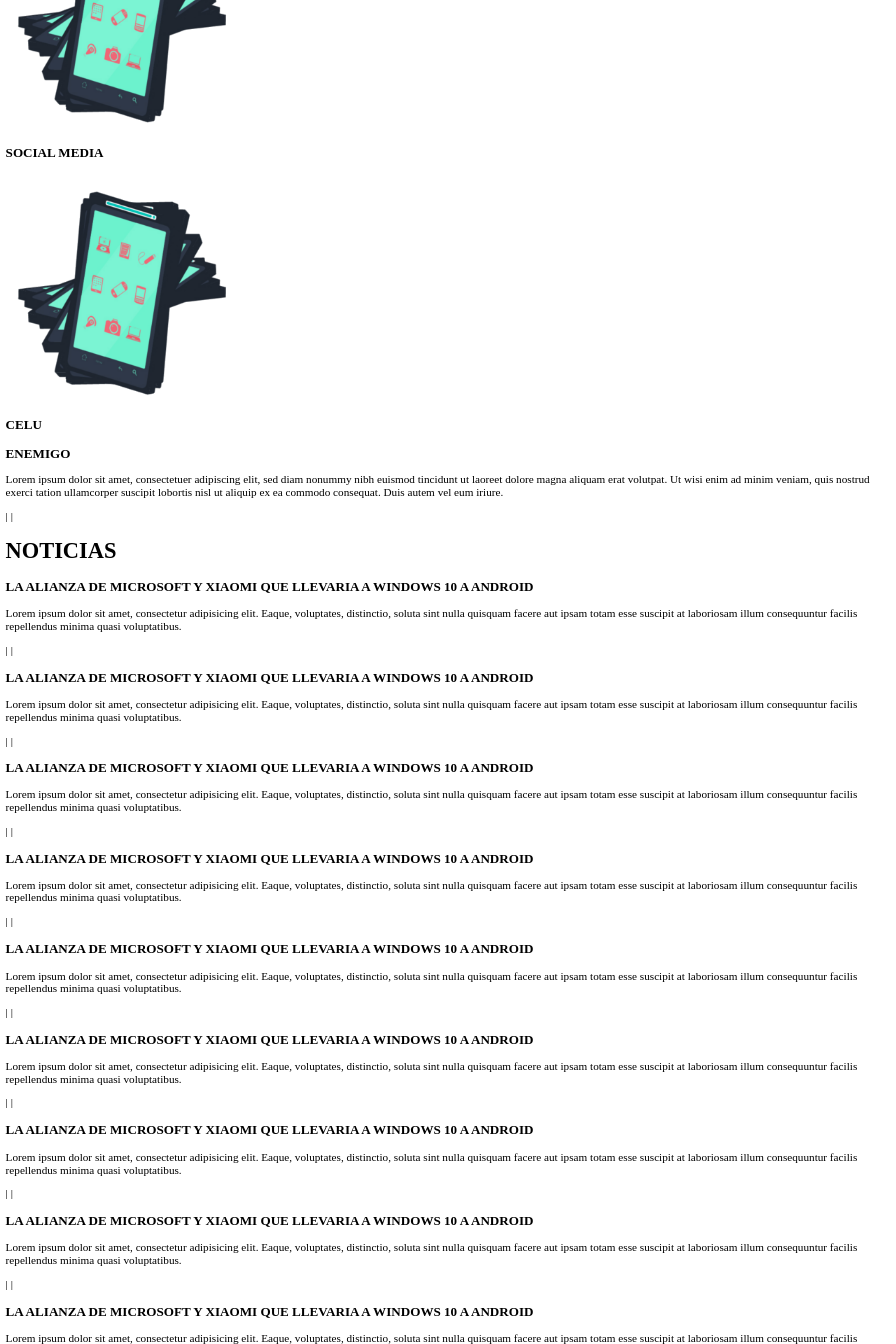
Repository: dmsanchez86/level-up
Page: wp-content/themes/zopp/library/plantillas/angular/home.html
The author's editor kept a record of every edit. The page is drawn from the files as they stood at one moment, then again after the next edit.
The browser window is 1280 px wide. The pictures show the part of the page from y = 1832 to 3752 px (the page is 3964 px tall before and 3575 px after), at 70% of full size.
A picture or video elsewhere on the page could not be fetched, so the positions and the page height are approximate.

Above is the page before.

### wp-content/themes/zopp/library/plantillas/angular/home.html
<div class="container">
    <div id="carousel-example-generic" class="carousel slide" data-ride="carousel">
        <ol class="carousel-indicators">
          <li data-target="#carousel-example-generic" data-slide-to="0" class=""></li>
          <li data-target="#carousel-example-generic" data-slide-to="1" class="active"></li>
          <li data-target="#carousel-example-generic" data-slide-to="2" class=""></li>
        </ol>
        <div class="carousel-inner">
          <div class="item">
            <img alt="First slide" src="http://zoppagency.com/wp-content/uploads/2015/03/gantter-573x430.png">
          </div>
          <div class="item active">
            <img alt="Second slide" src="http://zoppagency.com/wp-content/uploads/2015/03/gantter-573x430.png">
          </div>
          <div class="item">
            <img alt="Third slide" src="http://zoppagency.com/wp-content/uploads/2015/03/gantter-573x430.png">
          </div>
        </div>
        <a class="left carousel-control" href="#carousel-example-generic" role="button" data-slide="prev">
          <span class="glyphicon glyphicon-chevron-left"></span>
        </a>
        <a class="right carousel-control" href="#carousel-example-generic" role="button" data-slide="next">
          <span class="glyphicon glyphicon-chevron-right"></span>
        </a>
        <div class="lista">
            <div class="lista__items">
                <div class="lista__items__imagen"></div>
                <div class="lista__items__texto">
                    <h1></h1>
                    <p></p>
                    <p></p>
                    <p></p>
                </div>
            </div>
            <div class="lista__items">
                <div class="lista__items__imagen"></div>
                <div class="lista__items__texto">
                    <h1></h1>
                    <p></p>
                    <p></p>
                    <p></p>
                </div>
            </div>
            <div class="lista__items">
                <div class="lista__items__imagen"></div>
                <div class="lista__items__texto">
                    <h1></h1>
                    <p></p>
                    <p></p>
                    <p></p>
                </div>
            </div>
        </div>
        <div class="mask"></div>
  </div>
    <!--<div class="slide">My slider</div>-->
    <div class="banner">
        <img src="/wp-content/uploads/material/24horas.png"></img>
    </div>
    <div class="seccion__principal">
        <div class="seccion__principal__contenedor">
            <div class="contenedor__izquierda">
                <div class="articulo">
                    <div class="imagen">
                        <img src="/wp-content/uploads/material/ruleto.png"></img>
                    </div>
                    <div class="title">
                        <h3>TECNOLOGÍA</h3>
                    </div>
                </div>
                <div class="articulo">
                    <div class="imagen">
                        <img src="/wp-content/uploads/material/celu.png"></img>
                    </div>
                    <div class="title">
                        <h3>SOCIAL MEDIA</h3>
                    </div>
                </div>
                <div class="articulo">
                    <div class="imagen">
                        <img src="/wp-content/uploads/material/celu.png"></img>
                    </div>
                    <div class="title">
                        <h3>CELU</h3>
                    </div>
                </div>
            </div>
            <div class="contenedor__derecha">
                <div class="title">
                    <h3>ENEMIGO</h3>
                </div>
                <div class="texto">
                    <p>Lorem ipsum dolor sit amet, consectetuer adipiscing elit,
                    sed diam nonummy nibh euismod tincidunt ut laoreet dolore
                    magna aliquam erat volutpat. Ut wisi enim ad minim veniam,
                    quis nostrud exerci tation ullamcorper suscipit lobortis nisl
                    ut aliquip ex ea commodo consequat. Duis autem vel eum iriure.</p>
                </div>
                <div class="separador compartir">
                    <a href="http://facebook.com/OnlineLevelUp" class="facebook"></a> | <a href="http://twitter.com/LevelUpOnline" class="twitter"></a> | <a href="http://facebook.com/OnlineLevelUp" class="google"></a>
                </div>
            </div>
        </div>
    </div>
    <div id="content">
        <div class="contenedor">
            <div class="aside">

            </div>
            <div class="title"><h1><span>NOTICIAS</span></h1></div>
            <div class="noticias">
                <article class="articulos">
                    <section class="item">
                        <div class="imagen"></div>
                        <div class="caption blur">
                            <h3>LA ALIANZA DE MICROSOFT Y XIAOMI QUE LLEVARIA A WINDOWS 10 A ANDROID</h3>
                            <p>Lorem ipsum dolor sit amet, consectetur adipisicing elit. Eaque, voluptates, distinctio, soluta sint nulla quisquam facere aut ipsam totam esse suscipit at laboriosam illum consequuntur facilis repellendus minima quasi voluptatibus.</p>
                            <div class="separador compartir">
                                <a href="http://facebook.com/OnlineLevelUp" class="facebook"></a> | <a href="http://twitter.com/LevelUpOnline" class="twitter"></a> | <a href="http://facebook.com/OnlineLevelUp" class="google"></a>
                            </div>
                        </div>
                    </section>
                    <section class="item">
                        <div class="imagen"></div>
                        <div class="caption blur">
                            <h3>LA ALIANZA DE MICROSOFT Y XIAOMI QUE LLEVARIA A WINDOWS 10 A ANDROID</h3>
                            <p>Lorem ipsum dolor sit amet, consectetur adipisicing elit. Eaque, voluptates, distinctio, soluta sint nulla quisquam facere aut ipsam totam esse suscipit at laboriosam illum consequuntur facilis repellendus minima quasi voluptatibus.</p>
                            <div class="separador compartir">
                                <a href="http://facebook.com/OnlineLevelUp" class="facebook"></a> | <a href="http://twitter.com/LevelUpOnline" class="twitter"></a> | <a href="http://facebook.com/OnlineLevelUp" class="google"></a>
                            </div>
                        </div>
                    </section>
                    <section class="item">
                        <div class="imagen"></div>
                        <div class="caption blur">
                            <h3>LA ALIANZA DE MICROSOFT Y XIAOMI QUE LLEVARIA A WINDOWS 10 A ANDROID</h3>
                            <p>Lorem ipsum dolor sit amet, consectetur adipisicing elit. Eaque, voluptates, distinctio, soluta sint nulla quisquam facere aut ipsam totam esse suscipit at laboriosam illum consequuntur facilis repellendus minima quasi voluptatibus.</p>
                            <div class="separador compartir">
                                <a href="http://facebook.com/OnlineLevelUp" class="facebook"></a> | <a href="http://twitter.com/LevelUpOnline" class="twitter"></a> | <a href="http://facebook.com/OnlineLevelUp" class="google"></a>
                            </div>
                        </div>
                    </section>
                </article>
                <article class="articulos">
                    <section class="item">
                        <div class="imagen"></div>
                        <div class="caption blur">
                            <h3>LA ALIANZA DE MICROSOFT Y XIAOMI QUE LLEVARIA A WINDOWS 10 A ANDROID</h3>
                            <p>Lorem ipsum dolor sit amet, consectetur adipisicing elit. Eaque, voluptates, distinctio, soluta sint nulla quisquam facere aut ipsam totam esse suscipit at laboriosam illum consequuntur facilis repellendus minima quasi voluptatibus.</p>
                            <div class="separador compartir">
                                <a href="http://facebook.com/OnlineLevelUp" class="facebook"></a> | <a href="http://twitter.com/LevelUpOnline" class="twitter"></a> | <a href="http://facebook.com/OnlineLevelUp" class="google"></a>
                            </div>
                        </div>
                    </section>
                    <section class="item">
                        <div class="imagen"></div>
                        <div class="caption blur">
                            <h3>LA ALIANZA DE MICROSOFT Y XIAOMI QUE LLEVARIA A WINDOWS 10 A ANDROID</h3>
                            <p>Lorem ipsum dolor sit amet, consectetur adipisicing elit. Eaque, voluptates, distinctio, soluta sint nulla quisquam facere aut ipsam totam esse suscipit at laboriosam illum consequuntur facilis repellendus minima quasi voluptatibus.</p>
                            <div class="separador compartir">
                                <a href="http://facebook.com/OnlineLevelUp" class="facebook"></a> | <a href="http://twitter.com/LevelUpOnline" class="twitter"></a> | <a href="http://facebook.com/OnlineLevelUp" class="google"></a>
                            </div>
                        </div>
                    </section>
                    <section class="item">
                        <div class="imagen"></div>
                        <div class="caption blur">
                            <h3>LA ALIANZA DE MICROSOFT Y XIAOMI QUE LLEVARIA A WINDOWS 10 A ANDROID</h3>
                            <p>Lorem ipsum dolor sit amet, consectetur adipisicing elit. Eaque, voluptates, distinctio, soluta sint nulla quisquam facere aut ipsam totam esse suscipit at laboriosam illum consequuntur facilis repellendus minima quasi voluptatibus.</p>
                            <div class="separador compartir">
                                <a href="http://facebook.com/OnlineLevelUp" class="facebook"></a> | <a href="http://twitter.com/LevelUpOnline" class="twitter"></a> | <a href="http://facebook.com/OnlineLevelUp" class="google"></a>
                            </div>
                        </div>
                    </section>
                </article>
                <article class="articulos">
                    <section class="item">
                        <div class="imagen"></div>
                        <div class="caption blur">
                            <h3>LA ALIANZA DE MICROSOFT Y XIAOMI QUE LLEVARIA A WINDOWS 10 A ANDROID</h3>
                            <p>Lorem ipsum dolor sit amet, consectetur adipisicing elit. Eaque, voluptates, distinctio, soluta sint nulla quisquam facere aut ipsam totam esse suscipit at laboriosam illum consequuntur facilis repellendus minima quasi voluptatibus.</p>
                            <div class="separador compartir">
                                <a href="http://facebook.com/OnlineLevelUp" class="facebook"></a> | <a href="http://twitter.com/LevelUpOnline" class="twitter"></a> | <a href="http://facebook.com/OnlineLevelUp" class="google"></a>
                            </div>
                        </div>
                    </section>
                    <section class="item">
                        <div class="imagen"></div>
                        <div class="caption blur">
                            <h3>LA ALIANZA DE MICROSOFT Y XIAOMI QUE LLEVARIA A WINDOWS 10 A ANDROID</h3>
                            <p>Lorem ipsum dolor sit amet, consectetur adipisicing elit. Eaque, voluptates, distinctio, soluta sint nulla quisquam facere aut ipsam totam esse suscipit at laboriosam illum consequuntur facilis repellendus minima quasi voluptatibus.</p>
                            <div class="separador compartir">
                                <a href="http://facebook.com/OnlineLevelUp" class="facebook"></a> | <a href="http://twitter.com/LevelUpOnline" class="twitter"></a> | <a href="http://facebook.com/OnlineLevelUp" class="google"></a>
                            </div>
                        </div>
                    </section>
                    <section class="item">
                        <div class="imagen"></div>
                        <div class="caption blur">
                            <h3>LA ALIANZA DE MICROSOFT Y XIAOMI QUE LLEVARIA A WINDOWS 10 A ANDROID</h3>
                            <p>Lorem ipsum dolor sit amet, consectetur adipisicing elit. Eaque, voluptates, distinctio, soluta sint nulla quisquam facere aut ipsam totam esse suscipit at laboriosam illum consequuntur facilis repellendus minima quasi voluptatibus.</p>
                            <div class="separador compartir">
                                <a href="http://facebook.com/OnlineLevelUp" class="facebook"></a> | <a href="http://twitter.com/LevelUpOnline" class="twitter"></a> | <a href="http://facebook.com/OnlineLevelUp" class="google"></a>
                            </div>
                        </div>
                    </section>
                </article>
            </div>
            <div class="title"><h1><span>PRESENTADORES</span></h1></div>
            <div class="presentadores">
                <div class="item">
                    <div class="contenedor__cuadro">
                        <div class="contenedor__cuadro__imagen"></div>
                        <div class="contenedor__cuadro__nombre">Jorge</div>
                    </div>
                </div>
                <div class="item">
                    <div class="contenedor__cuadro">
                        <div class="contenedor__cuadro__imagen"></div>
                        <div class="contenedor__cuadro__nombre">Jorge</div>
                    </div>
                </div>
                <div class="item">
                    <div class="contenedor__cuadro">
                        <div class="contenedor__cuadro__imagen"></div>
                        <div class="contenedor__cuadro__nombre">Jorge</div>
                    </div>
                </div>
                <div class="item">
                    <div class="contenedor__cuadro">
                        <div class="contenedor__cuadro__imagen"></div>
                        <div class="contenedor__cuadro__nombre">Jorge</div>
                    </div>
                </div>
            </div>
        </div>
    </div>
</div>

After the next edit:
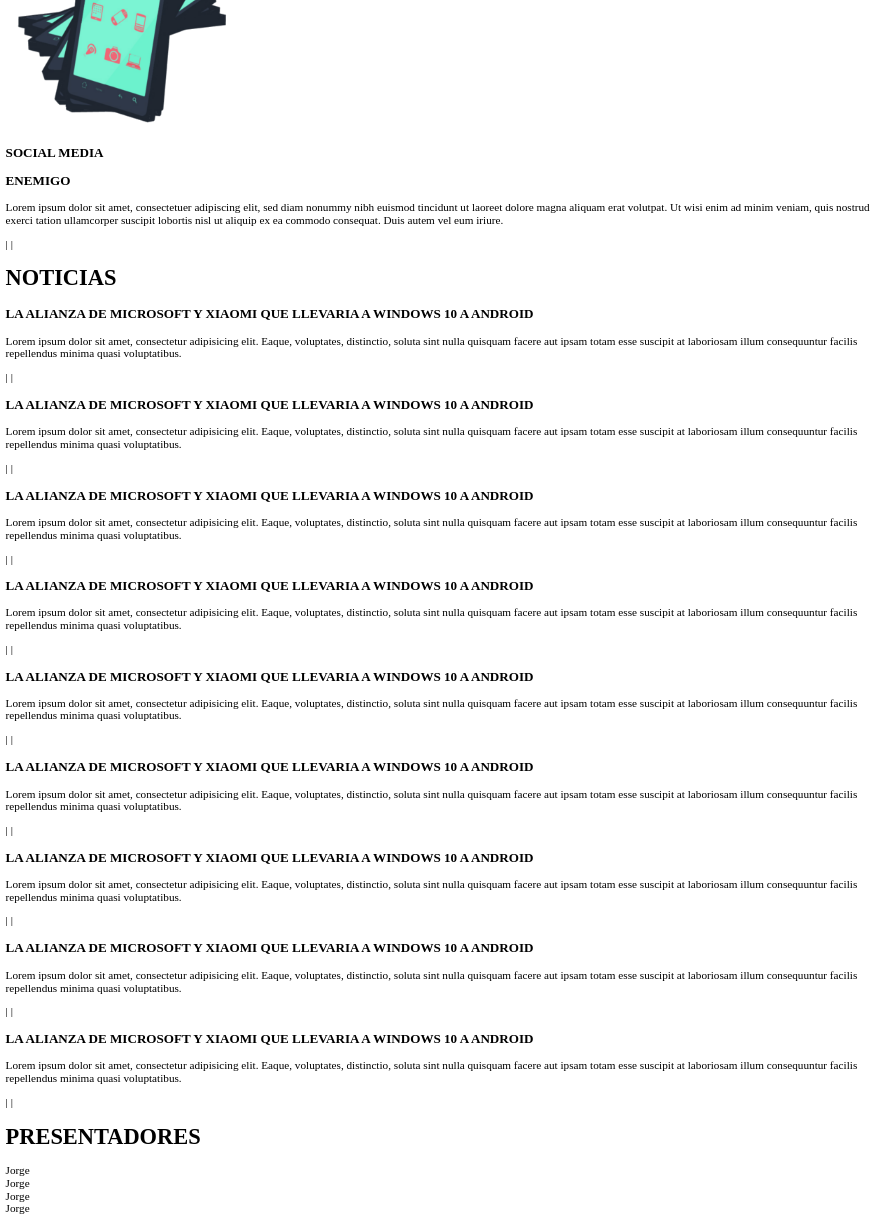
The edit:
--- a/wp-content/themes/zopp/library/plantillas/angular/home.html
+++ b/wp-content/themes/zopp/library/plantillas/angular/home.html
@@ -76,14 +76,6 @@
                         <h3>SOCIAL MEDIA</h3>
                     </div>
                 </div>
-                <div class="articulo">
-                    <div class="imagen">
-                        <img src="/wp-content/uploads/material/celu.png"></img>
-                    </div>
-                    <div class="title">
-                        <h3>CELU</h3>
-                    </div>
-                </div>
             </div>
             <div class="contenedor__derecha">
                 <div class="title">
